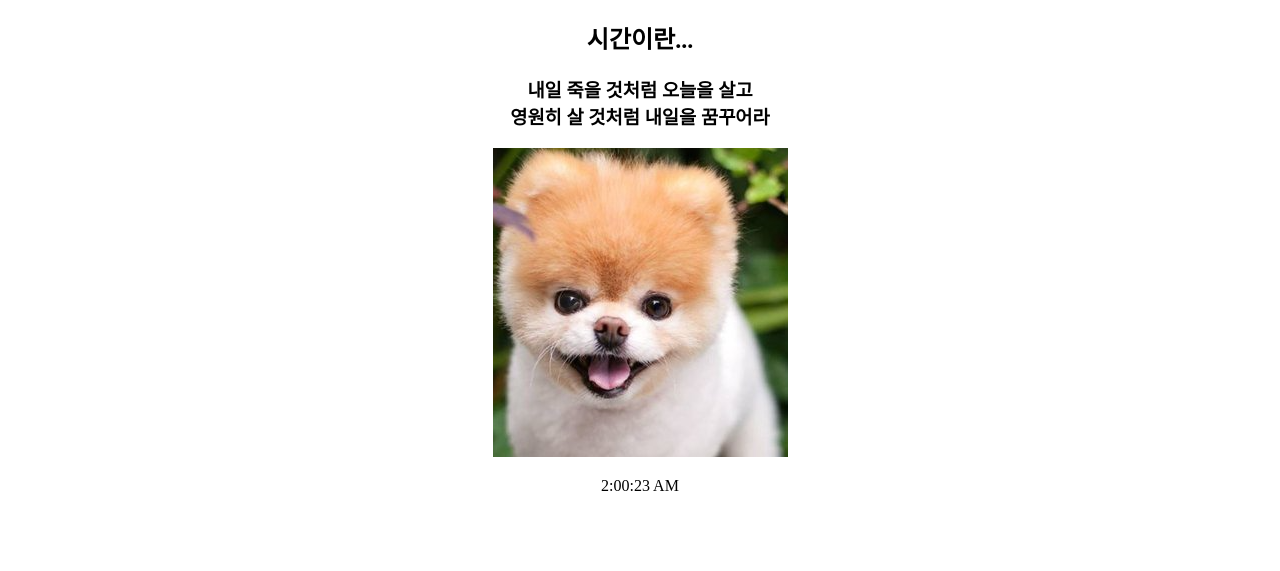
Repository: BangJinn/jspworks
Page: http://localhost/jwbook/time.jsp
These files come from the project's save history. The page is drawn as it stood at one moment and after the next save; the edit follows.
The browser window is 1280 px wide. The pictures show the whole page.
The page is served by Tomcat 9.

Above is the page before, as saved 2023-11-20 03:16:04.

After the next save:
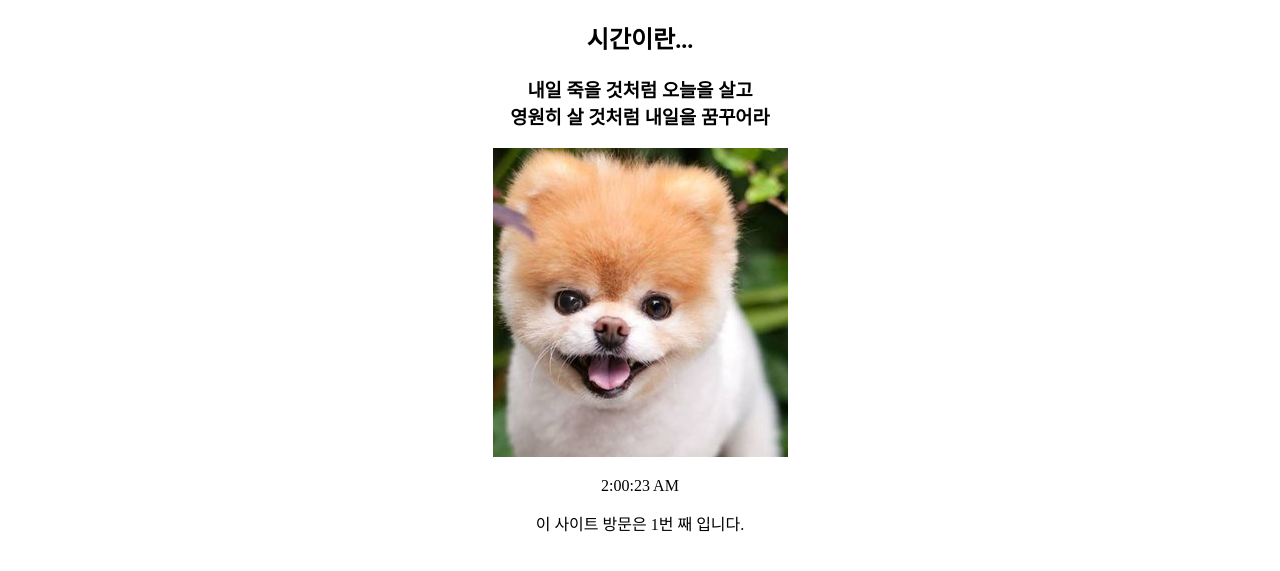
Saved 66 s later.
--- a/jwbook/src/main/webapp/time.jsp
+++ b/jwbook/src/main/webapp/time.jsp
@@ -26,6 +26,7 @@
 			<img alt="" src="resources/images/dog2.PNG">
 			</div>
 			<p id = "display"></p>
+			<p>이 사이트 방문은 <%= ++count %>번 째 입니다.</p>
 	</div>
 
 </body>
